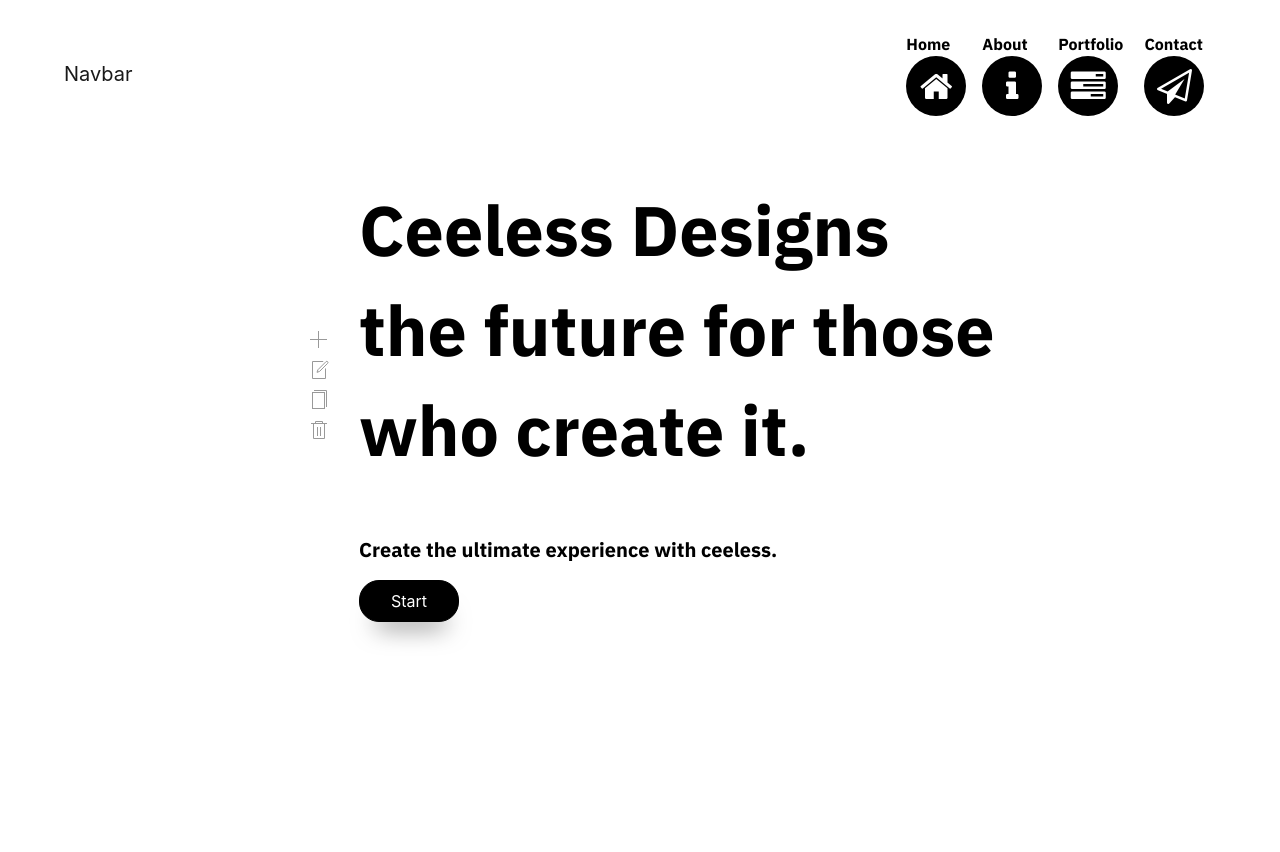
Repository: latenightsnacc/ceeless
Page: index.html
An editor plug-in stored every save of this project. The page is shown before and after the next save, followed by the edit.
The browser window is 1280 px wide. The pictures show the whole page.
Some web libraries are served in a nearby version. The style sheet was rebuilt from its Sass, Less or Tailwind sources for each picture, by a compiler version that may differ from the author's.

Above is the page before, as saved 2020-06-11 21:14:02.

After the next save:
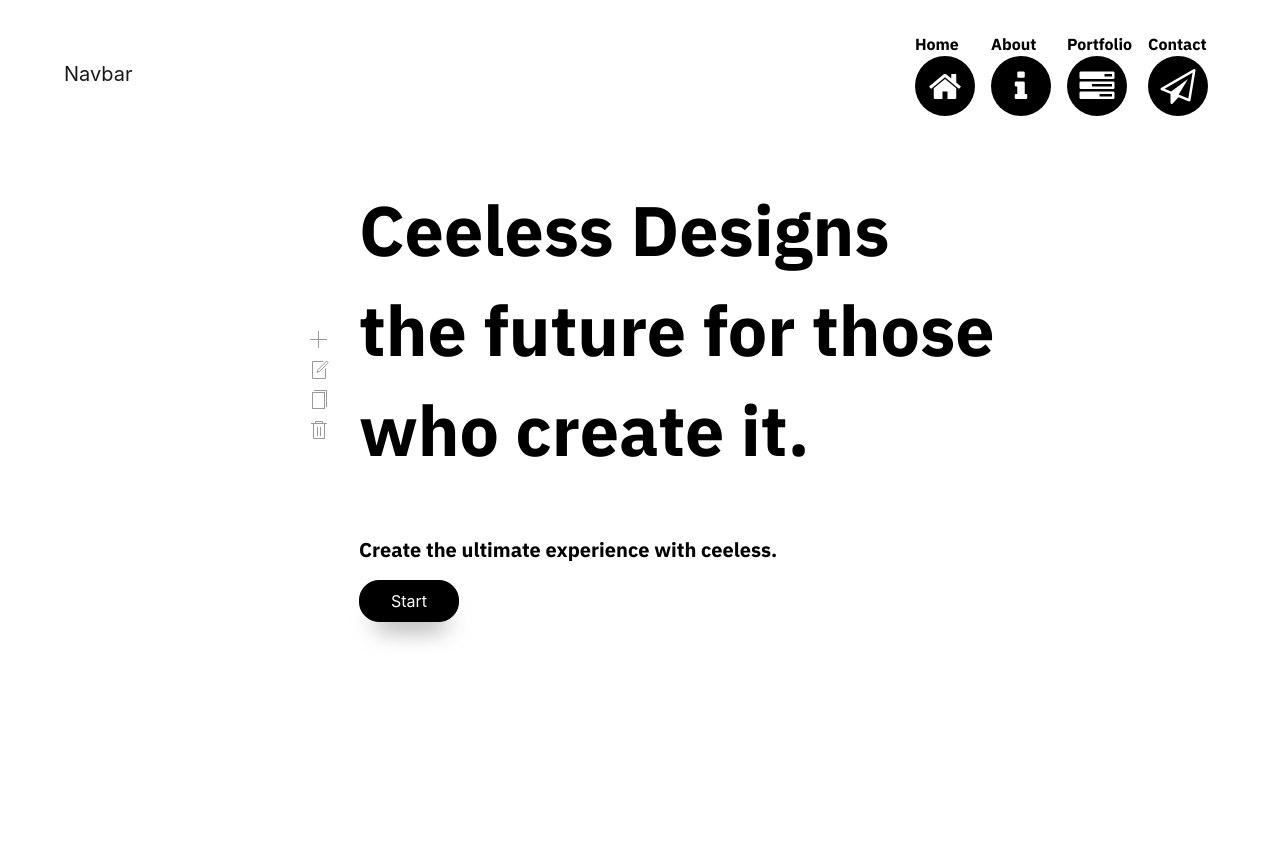
Saved 13 h 24 min later.
--- a/Styles/navbar.scss
+++ b/Styles/navbar.scss
@@ -33,7 +33,7 @@
     display: flex;
     .menu-text{
         font-family: $font;
-        padding-right: 5px;
+
         font-weight: 500;
         color: $dark;
 
